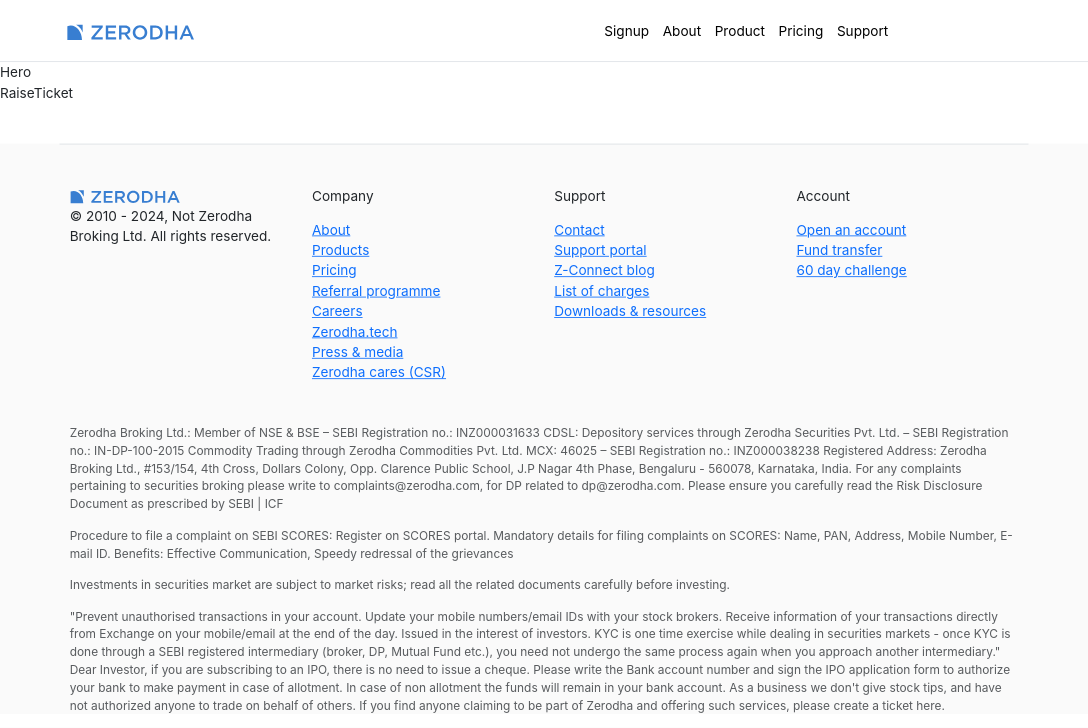
Repository: swarnabha-dutta/TradeVerse
Page: /support (app in frontend/)
These files come from the project's save history. The page is drawn as it stood at one moment and after the next save; the edit follows.
The browser window is 1280 px wide. The pictures show the whole page, at 85% of full size.
Some web libraries are served in a nearby version. The project was rebuilt for these pictures with package versions that can differ from the ones it lists, and the page was loaded fresh each time. Also part of the build but not shown: frontend/src/landing_page/home/Hero.jsx, frontend/src/landing_page/home/Awards.jsx, frontend/src/landing_page/home/Stats.jsx, frontend/src/landing_page/home/Pricing.jsx, frontend/src/landing_page/home/Education.jsx, frontend/src/landing_page/OpenAccount.jsx, frontend/src/landing_page/home/HomePage.jsx, frontend/src/landing_page/about/Team.jsx and 11 more. Imported but missing from the stored project, and not drawn on this page: frontend/src/landing_page/about/Hero.

Above is the page before, as saved 2025-11-12 12:32:34.

After the next save:
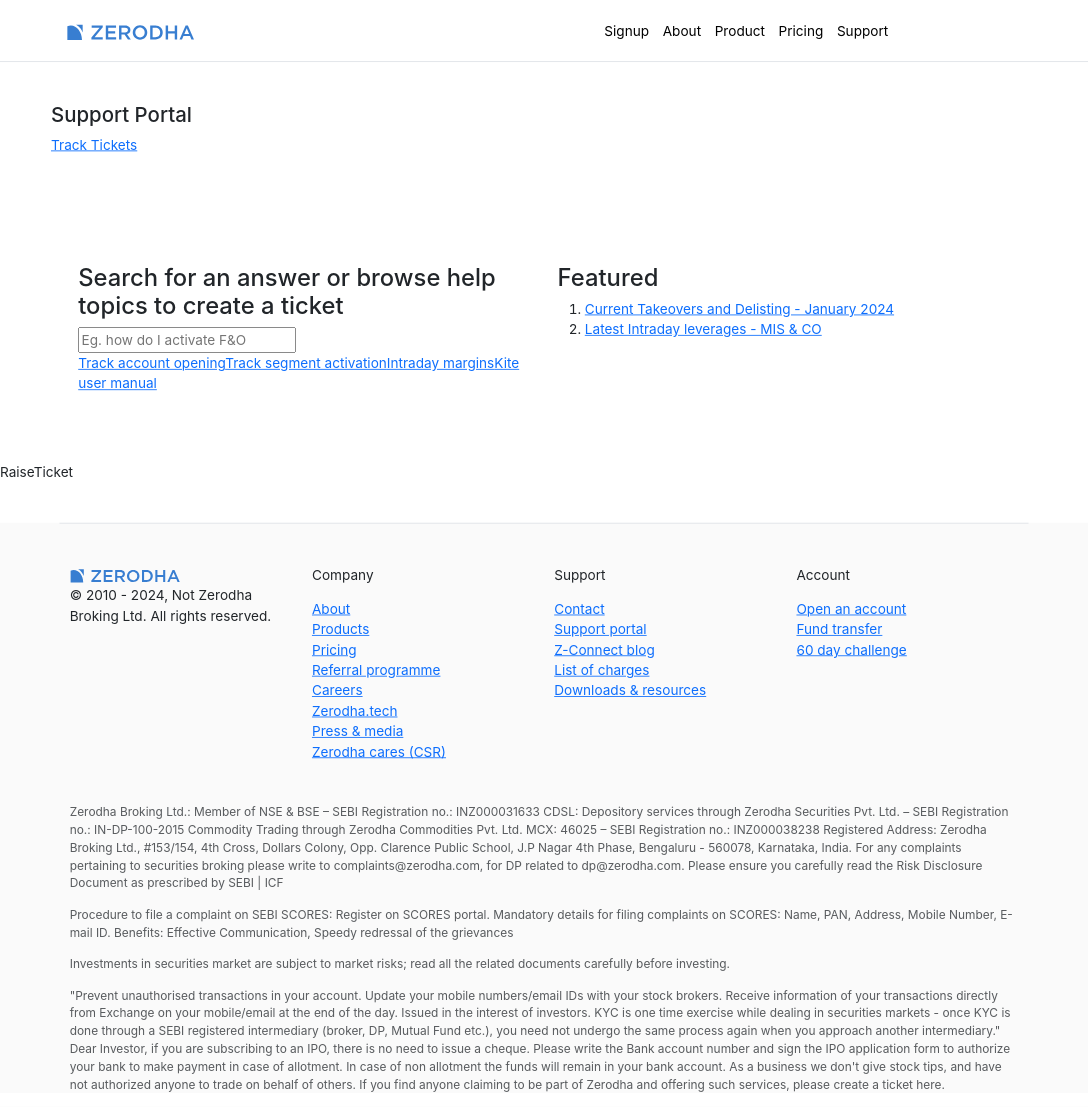
Saved 36 min 3 s later.
--- a/frontend/src/landing_page/support/Hero.jsx
+++ b/frontend/src/landing_page/support/Hero.jsx
@@ -1,9 +1,38 @@
-import React from 'react'
+import React from "react";
 
-const Hero = () => {
-    return (
-        <div>Hero</div>
-    )
+function Hero() {
+  return (
+    <section className="container-fluid" id="supportHero">
+      <div className="p-5 " id="supportWrapper">
+        <h4>Support Portal</h4>
+        <a href="">Track Tickets</a>
+      </div>
+      <div className="row p-5 m-3">
+        <div className="col-6 p-3">
+          <h1 className="fs-3">
+            Search for an answer or browse help topics to create a ticket
+          </h1>
+          <input placeholder="Eg. how do I activate F&O" />
+          <br />
+          <a href="">Track account opening</a>
+          <a href="">Track segment activation</a>
+          <a href="">Intraday margins</a>
+          <a href="">Kite user manual</a>
+        </div>
+        <div className="col-6 p-3">
+          <h1 className="fs-3">Featured</h1>
+          <ol>
+            <li>
+              <a href="">Current Takeovers and Delisting - January 2024</a>
+            </li>
+            <li>
+              <a href="">Latest Intraday leverages - MIS & CO</a>
+            </li>
+          </ol>
+        </div>
+      </div>
+    </section>
+  );
 }
 
-export default Hero
+export default Hero;
